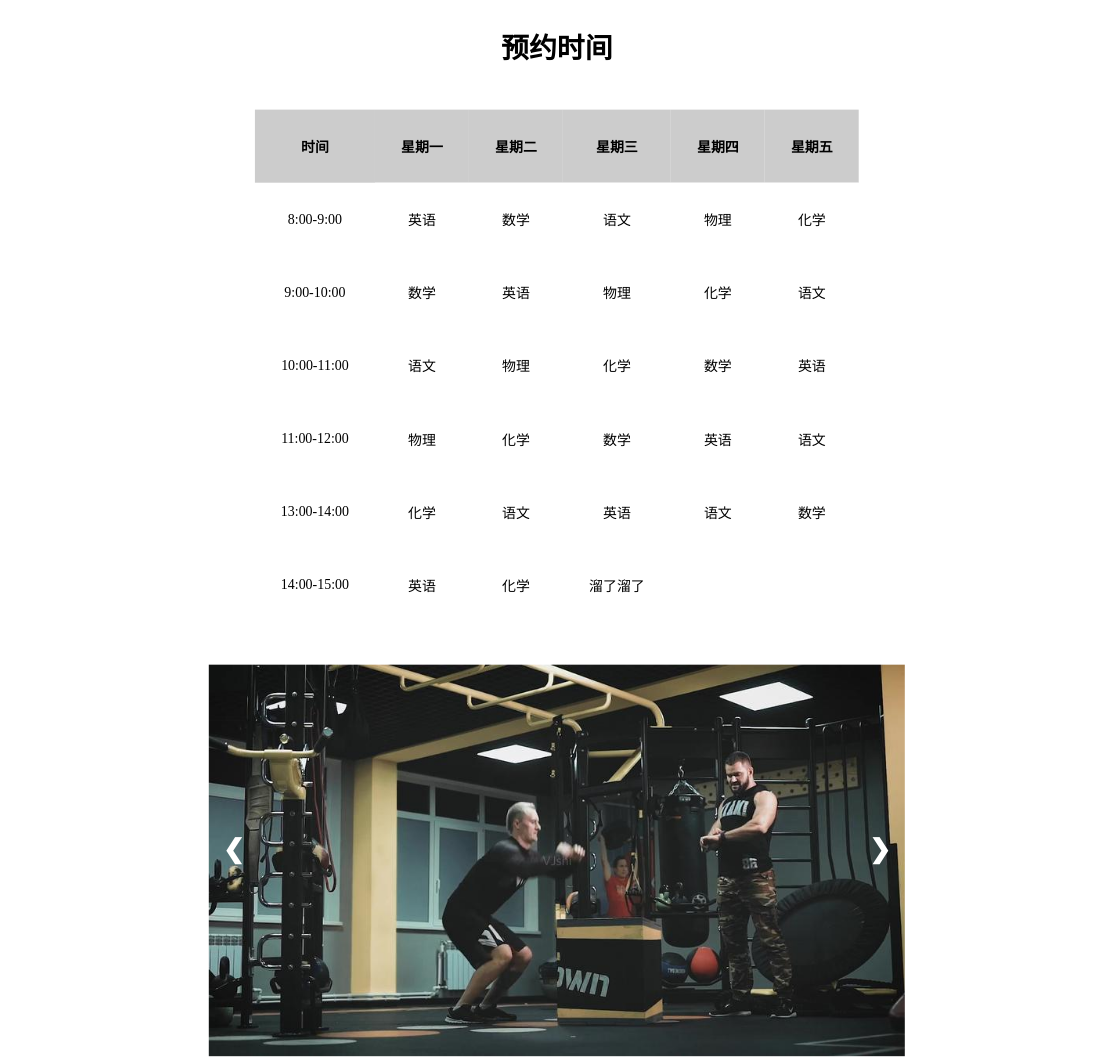
Repository: wupeng6666/Sports-Hall-Booking-System
Page: LearingDjango/app01/templates/yuyue.html
The author's editor kept a copy of each file at every save. The page is drawn from the files as they stood at one save, then again after a run of saves.
The browser window is 1280 px wide. The pictures show the whole page, at 87% of full size.
The template is drawn by Django 4.2. The application's start-up code is not run. The template is opened directly, without the code that normally fills it, so the values that code supplies are empty.

Above is the page before, as saved 2023-05-28 01:53:51.

After the next 4 saves:
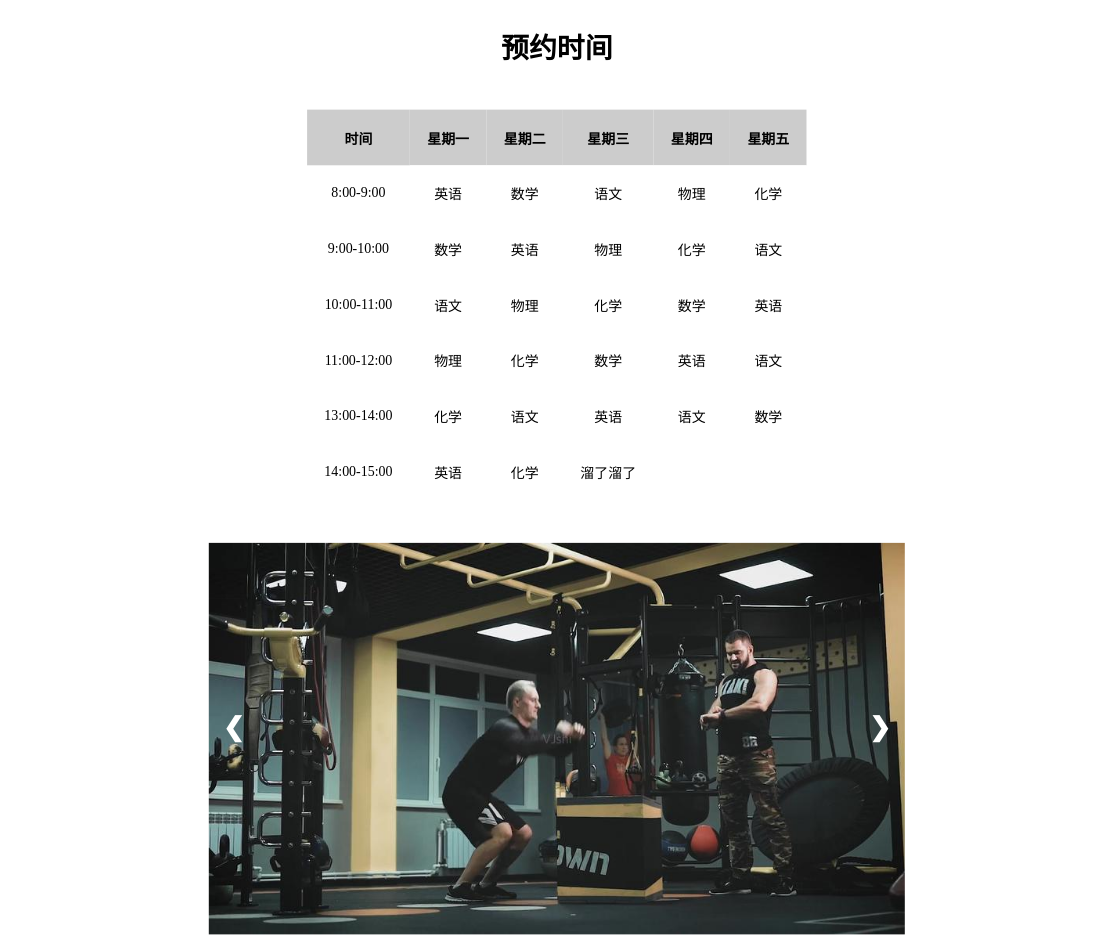
The 4 saves are shown as one change because they came seconds apart.
The last was saved 85 s later.
--- a/LearingDjango/app01/templates/yuyue.html
+++ b/LearingDjango/app01/templates/yuyue.html
@@ -19,12 +19,12 @@
     th {
         background-color: #ccc;
         font-weight: bold;
-        padding: 30px;
+        padding: 20px;
     }
 
     td {
         text-align: center;
-        padding: 30px;
+        padding: 20px;
     }
 
     .course {
